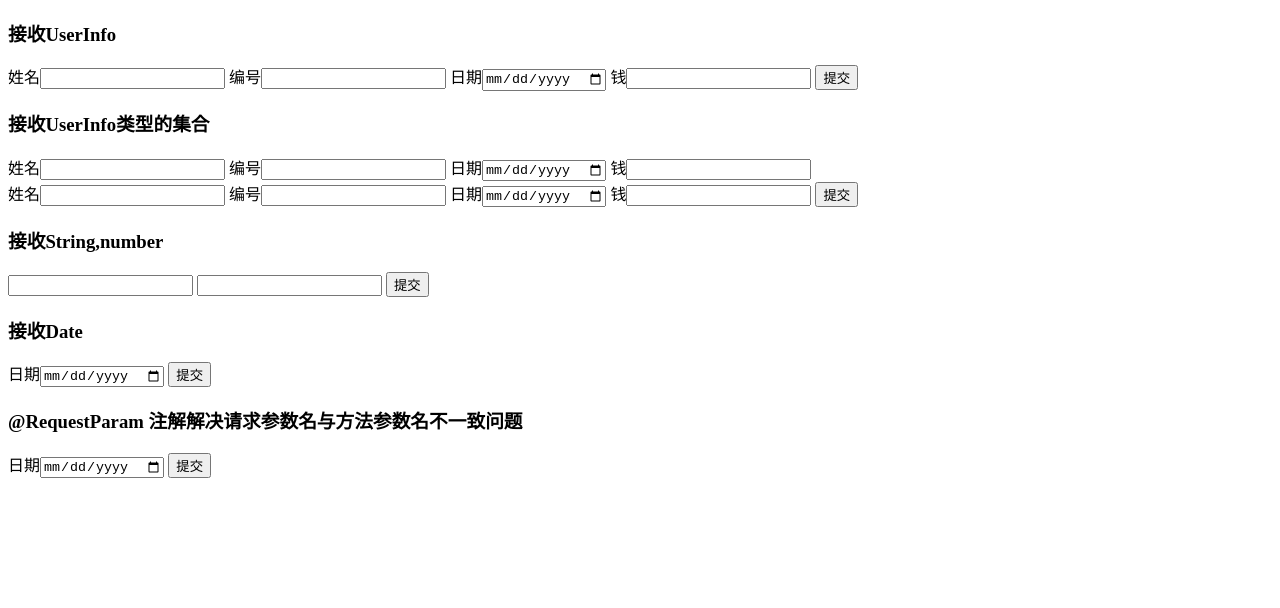
Repository: HelloChuang/HelloChuang-EclipseWorkSpace
Page: http://localhost/SpringMVC_Test/
The author's editor kept a copy of each file at every save. The page is drawn from the files as they stood at one save, then again after the next save.
The browser window is 1280 px wide. The pictures show the whole page.
The page is served by Tomcat 9. Other server files are loaded and not shown.

Above is the page before, as saved 2018-11-03 02:25:21.

### EclipseWorkSpace/SpringMVC_Test/src/main/webapp/index.jsp
<%@ page language="java" contentType="text/html; charset=UTF-8"
    pageEncoding="UTF-8"%>
<!DOCTYPE html>
<html>
<head>
<meta http-equiv="Content-Type" content="text/html; charset=UTF-8">
<title>测试</title>
</head>
<body>
	<div>
		<h3>接收UserInfo</h3>
		<form action="method2" method="post">
			姓名<input type="text" name="uname"/>
			编号<input type="number" name="uid"/>
			日期<input type="date" name="udate"/>
			钱<input type="number" name="umoney"/>
			<button type="submit">提交</button>
		</form>
	</div>
	<div>
		<h3>接收UserInfo类型的集合</h3>
		<form action="method3" method="post">
			姓名<input type="text" name="list[0].uname"/>
			编号<input type="number" name="list[0].uid"/>
			日期<input type="date" name="list[0].udate"/>
			钱<input type="number" name="list[0].umoney"/><br/>
			姓名<input type="text" name="list[1].uname"/>
			编号<input type="number" name="list[1].uid"/>
			日期<input type="date" name="list[1].udate"/>
			钱<input type="number" name="list[1].umoney"/>
			<button type="submit">提交</button>
		</form>
	</div>
	<div>
		<h3>接收String,number</h3>
		<form action="method1" method="post">
			<input type="text" name="uname"/>
			<input type="number" name="uid"/>

			<button type="submit">提交</button>
		</form>
	</div>
	<div>
		<h3>接收Date</h3>
		<form action="method4" method="post">
			日期<input type="date" name="sdate"/>

			<button type="submit">提交</button>
		</form>
	</div>
	<div>
		<h3>@RequestParam 注解解决请求参数名与方法参数名不一致问题</h3>
		<form action="method5" method="post">
			日期<input type="date" name="sd"/>

			<button type="submit">提交</button>
		</form>
	</div>

</body>
</html>

After the next save:
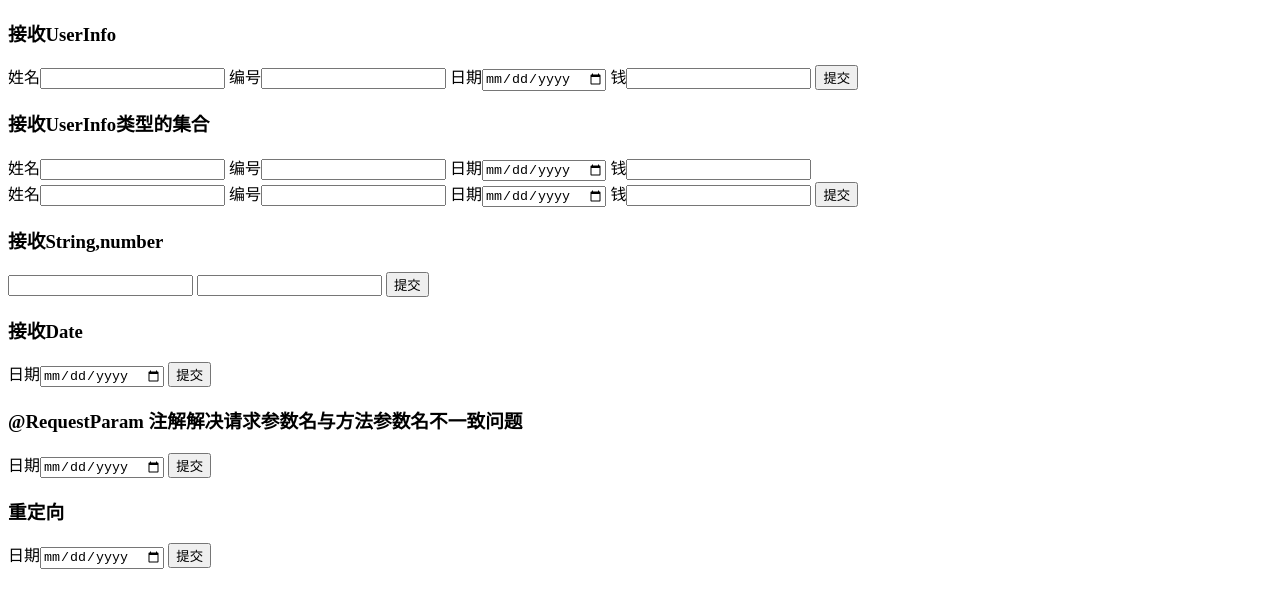
Saved 8 h 46 min later.
--- a/EclipseWorkSpace/SpringMVC_Test/src/main/webapp/index.jsp
+++ b/EclipseWorkSpace/SpringMVC_Test/src/main/webapp/index.jsp
@@ -56,6 +56,14 @@
 			<button type="submit">提交</button>
 		</form>
 	</div>
+	<div>
+		<h3>重定向</h3>
+		<form action="method6" method="post">
+			日期<input type="date" name="sd"/>
+
+			<button type="submit">提交</button>
+		</form>
+	</div>
 
 </body>
 </html>
